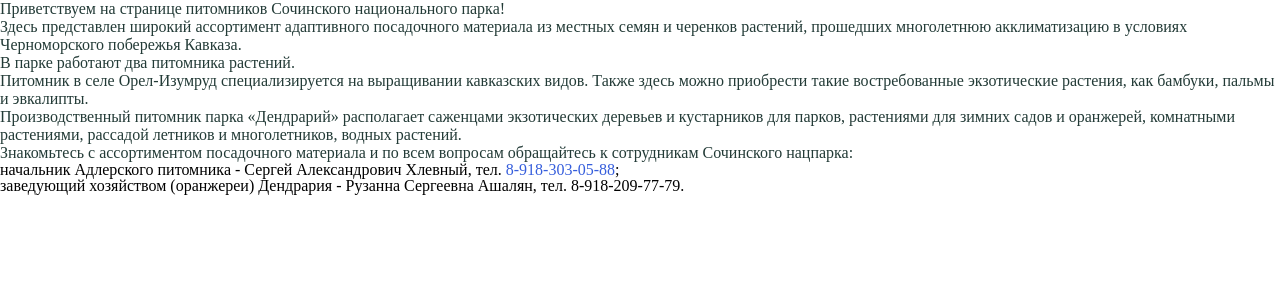
Repository: sem1103/np-sochi
Page: index.html
The author's editor kept a copy of each file at every save. The page is drawn from the files as they stood at one save, then again after the next save.
The browser window is 1280 px wide. The pictures show the whole page.

Above is the page before, as saved 2024-01-17 19:16:10.

After the next save:
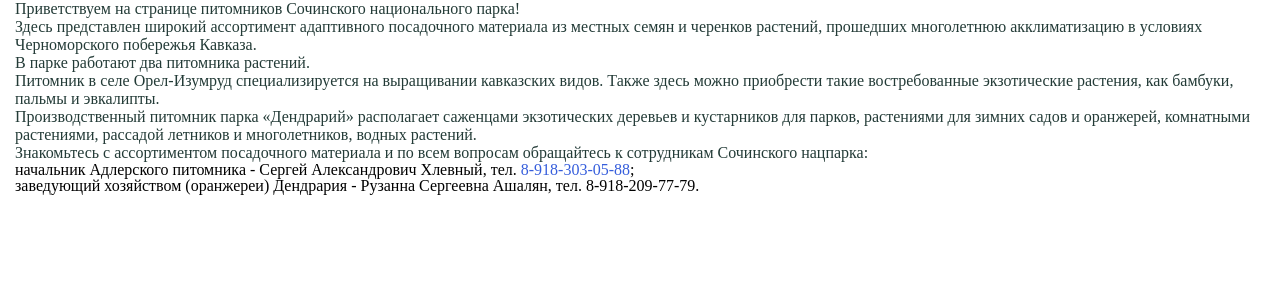
Saved 17 s later.
--- a/index.html
+++ b/index.html
@@ -13,7 +13,7 @@
         <header></header>
 
         <main>
-            <div class="top__text">
+            <div class="top__text container">
                 <p>
                     Приветствуем на странице питомников Сочинского национального парка!
                 </p>
